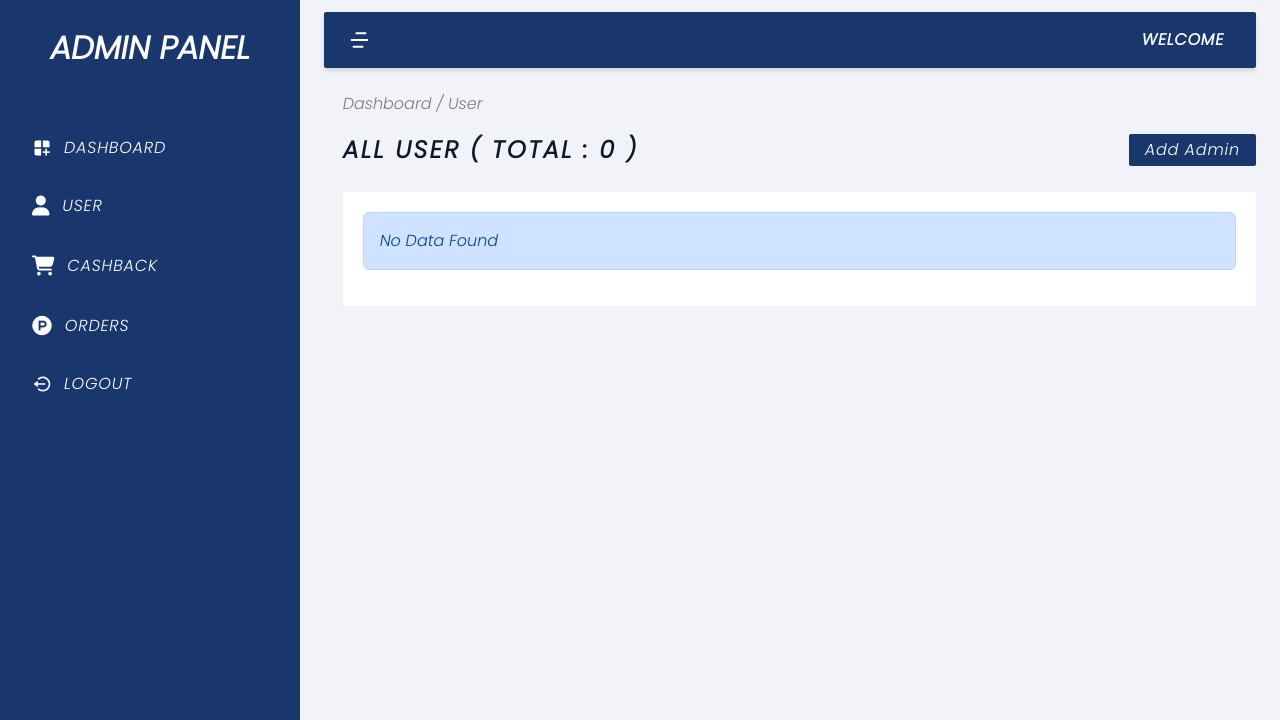
Repository: FlyweisReact/Ankit-Pandey-Admin-Panel
Page: /Admin
The author's editor kept a copy of each file at every save. The page is drawn from the files as they stood at one save, then again after a run of saves.
The browser window is 1280 px wide. The pictures show the whole page.
The page's requests for data from a server got no answer. Some web libraries are served in a nearby version. The project was rebuilt for these pictures with package versions that can differ from the ones it lists, and the page was loaded fresh each time. No one was signed in, and anything a server would have sent is missing. Also part of the build but not shown: src/E-CommerceAdmin/pages/EAdminCustomer.js. Imported but missing from the stored project, and not drawn on this page: src/E-CommerceAdmin/forms/Login, src/E-CommerceAdmin/pages/Dashboard, src/E-CommerceAdmin/pages/EAdminOrders.

Above is the page before, as saved 2023-06-16 15:23:47.

### public/index.html
<!-- @format -->

<!DOCTYPE html>
<html lang="en">
  <head>
    <meta charset="utf-8" />
    <meta name="viewport" content="width=device-width, initial-scale=1" />
    <meta name="theme-color" content="#000000" />
    <meta
      name="description"
      content="Web site created using create-react-app"
    />
    <link rel="icon" href="%PUBLIC_URL%/favicon.png" />
    <link rel="manifest" href="%PUBLIC_URL%/manifest.json" />
    <link rel="preconnect" href="https://fonts.googleapis.com">
<link rel="preconnect" href="https://fonts.gstatic.com" crossorigin>
<link href="https://fonts.googleapis.com/css2?family=Roboto+Mono:ital,wght@1,300&display=swap" rel="stylesheet">
    <title>Logo Fx</title>
  </head>
  <body>
    <noscript>You need to enable JavaScript to run this app.</noscript>
    <div id="root"></div>
    <script src="https://code.jquery.com/jquery-3.6.0.min.js"></script>
    <script src="https://kit.fontawesome.com/b533b351e4.js" crossorigin="anonymous"></script>
  </body>
</html>

### src/E-CommerceAdmin/pages/EAdmin.js
/** @format */

import axios from "axios";
import React, { useEffect, useState } from "react";
import { Alert, Badge, Button, Form, Modal, Table } from "react-bootstrap";
import { toast } from "react-toastify";
import HOC from "../layout/HOC";

const EAdmin = () => {
  const [data, setData] = useState([]);
  const [modalShow, setModalShow] = React.useState(false);

  // Pagination and Filter
  const [query, setQuery] = useState("");
  const [currentPage2, setCurrentPage2] = useState(1);
  const [postPerPage2] = useState(10);
  const lastPostIndex2 = currentPage2 * postPerPage2;
  const firstPostIndex2 = lastPostIndex2 - postPerPage2;

  let pages2 = [];

  const TotolData = query
    ? data?.filter(
        (i) =>
          i?.name?.toLowerCase().includes(query?.toLowerCase()) ||
          i?.email?.toLowerCase().includes(query?.toLowerCase())
      )
    : data;

  useEffect(() => {
    if (query) {
      setCurrentPage2(1);
    }
  }, [query]);

  const slicedData = TotolData?.slice(firstPostIndex2, lastPostIndex2);

  for (let i = 1; i <= Math.ceil(TotolData?.length / postPerPage2); i++) {
    pages2.push(i);
  }

  function Next() {
    setCurrentPage2(currentPage2 + 1);
  }

  function Prev() {
    if (currentPage2 !== 1) {
      setCurrentPage2(currentPage2 - 1);
    }
  }

  const fetchData = async () => {
    try {
      const { data } = await axios.get(
        "http://localhost:3040/api/v1/profile/getAlluser"
      );
      setData(data.result)
    } catch (e) {
      console.log(e);
    }
  };

  useEffect(() => {
    fetchData();
  }, []);

  function MyVerticallyCenteredModal(props) {
    const [name, setName] = useState("");
    const [email, setEmail] = useState("");
    const [password, setPassword] = useState("");
    const [passwordConfirmation, setPasswordConfirmation] = useState("");
    const [phone, setPhone] = useState("");
    const [passwordError, setPasswordError] = useState(false);

    const postHandler = async (e) => {
      e.preventDefault();
      if (password === passwordConfirmation) {
        try {
          const { data } = await axios.post(
            "http://ec2-65-1-248-95.ap-south-1.compute.amazonaws.com:8886/api/auth/register",
            {
              name,
              username: name,
              email,
              password,
              passwordConfirmation,
              phone,
              role: "admin",
            }
          );
          toast.success(`${data?.user?.name} Created `);
          fetchData();
          props.onHide();
        } catch (e) {
          console.log(e);
          toast.error(e.response.data.message);
        }
      } else {
        setPasswordError(true);
      }
    };

    return (
      <Modal
        {...props}
        size="lg"
        aria-labelledby="contained-modal-title-vcenter"
        centered
      >
        <Modal.Header closeButton>
          <Modal.Title id="contained-modal-title-vcenter">
            Add Admin
          </Modal.Title>
        </Modal.Header>
        <Modal.Body>
          {passwordError ? (
            <Alert variant="danger">Passwords do not Match</Alert>
          ) : (
            ""
          )}
          <Form onSubmit={postHandler}>
            <Form.Group className="mb-3">
              <Form.Label>Name</Form.Label>
              <Form.Control
                type="text"
                required
                onChange={(e) => setName(e.target.value)}
              />
            </Form.Group>
            <Form.Group className="mb-3">
              <Form.Label>Email Address</Form.Label>
              <Form.Control
                type="email"
                required
                onChange={(e) => setEmail(e.target.value)}
              />
            </Form.Group>
            <Form.Group className="mb-3">
              <Form.Label>Phone Number</Form.Label>
              <Form.Control
                type="tel"
                pattern="[0-9]{10}"
                required
                onChange={(e) => setPhone(e.target.value)}
              />
            </Form.Group>
            <Form.Group className="mb-3">
              <Form.Label>Password</Form.Label>
              <Form.Control
                type="password"
                required
                onChange={(e) => setPassword(e.target.value)}
                minLength={8}
              />
            </Form.Group>
            <Form.Group className="mb-3">
              <Form.Label>Confirm Password</Form.Label>
              <Form.Control
                type="password"
                required
                onChange={(e) => setPasswordConfirmation(e.target.value)}
                minLength={8}
              />
            </Form.Group>
            <Button variant="outline-success" type="submit">
              Submit
            </Button>
          </Form>
        </Modal.Body>
        <Modal.Footer></Modal.Footer>
      </Modal>
    );
  }

  const deleteHandler = async (id) => {
    try {
      const { data } = await axios.delete(
        `http://ec2-65-1-248-95.ap-south-1.compute.amazonaws.com:8886/api/user/${id}`
      );
      toast.success(data.message);
      fetchData();
    } catch (e) {
      console.log(e);
    }
  };

  return (
    <>
      <MyVerticallyCenteredModal
        show={modalShow}
        onHide={() => setModalShow(false)}
      />

      <p className="headP">Dashboard / User</p>
      <div
        className="pb-4 sticky top-0  w-full flex justify-between items-center"
        style={{ width: "98%", marginLeft: "2%" }}
      >
        <span
          className="tracking-widest text-slate-900 font-semibold uppercase "
          style={{ fontSize: "1.5rem" }}
        >
          All User ( Total : {data?.length} )
        </span>
        <button
          onClick={() => {
            setModalShow(true);
          }}
          className="md:py-2 px-3 md:px-4 py-1 rounded-sm bg-[#19376d] text-white tracking-wider"
        >
          Add Admin
        </button>
      </div>

      <section className="sectionCont">
        {data?.length === 0 || !data ? (
          <Alert> No Data Found</Alert>
        ) : (
          <>
            {/* Filter */}
            <div className="filterBox">
              <img
                src="https://t4.ftcdn.net/jpg/01/41/97/61/360_F_141976137_kQrdYIvfn3e0RT1EWbZOmQciOKLMgCwG.jpg"
                alt=""
              />
              <input
                type="search"
                placeholder="Start typing to search for Customers"
                onChange={(e) => setQuery(e.target.value)}
              />
            </div>

            <div className="overFlowCont">
              <Table>
                <thead>
                  <tr>
                    <th>SNo.</th>
                    <th>Name</th>
                    <th>Email Address</th>
                    <th>Role</th>
                    <th>Phone Number</th>
                    <th>Options</th>
                  </tr>
                </thead>
                <tbody>
                  {slicedData?.map((i, index) => (
                    <tr key={index}>
                      <td>#{index + 1} </td>
                      <td> {i.name} </td>
                      <td> {i.email} </td>
                      <td>
                        <Badge bg="success">{i.role}</Badge>
                      </td>
                      <td> {i.phone} </td>
                      <td>
                        <i
                          className="fa-solid fa-trash"
                          onClick={() => deleteHandler(i._id)}
                        />
                      </td>
                    </tr>
                  ))}
                </tbody>
              </Table>

              {/* Pagination */}
              <div className="pagination">
                <button onClick={() => Prev()} className="prevBtn">
                  <i className="fa-solid fa-backward"></i>
                </button>
                {currentPage2 === 1 ? (
                  ""
                ) : (
                  <button onClick={() => setCurrentPage2(1)}>1</button>
                )}

                {pages2
                  ?.slice(currentPage2 - 1, currentPage2 + 3)
                  .map((i, index) =>
                    i === pages2?.length ? (
                      ""
                    ) : (
                      <button
                        key={index}
                        onClick={() => setCurrentPage2(i)}
                        className={currentPage2 === i ? "activePage" : ""}
                      >
                        {" "}
                        {i}{" "}
                      </button>
                    )
                  )}

                <button
                  onClick={() => setCurrentPage2(pages2?.length)}
                  className={
                    currentPage2 === pages2?.length ? "activePage" : ""
                  }
                >
                  {" "}
                  {pages2?.length}{" "}
                </button>

                {currentPage2 === pages2?.length ? (
                  ""
                ) : (
                  <button onClick={() => Next()} className="nextBtn">
                    {" "}
                    <i className="fa-sharp fa-solid fa-forward"></i>
                  </button>
                )}
              </div>
            </div>
          </>
        )}
      </section>
    </>
  );
};

export default HOC(EAdmin);

### src/Screen/layout/HOC.jsx
/** @format */

import React, { useState } from "react";
import Navbar from "./Navbar";
import Sidebar from "./Sidebar";

const HOC = (Wcomponenet) => {
  return function Component() {
    const [hamb, setHamb] = useState(false);
    return (
      <>
        <section
          className="flex overflow-x-hidden relative "
          style={{ backgroundColor: "#f2f3f8" }}
        >
          {/* Sidebar */}
          <div
            className={
              hamb
                ? " absolute top-0 z-30 md:w-auto shadow-md bg-slate-200  w-60 transition-all md:-left-full left duration-150  h-auto overflow-y-auto  left-0 "
                : " md:w-72 z-30 bg-slate-200  shadow-md  md:static absolute top-0 -left-full   transition-all duration-150  overflow-y-auto h-auto"
            }
            style={{ minWidth: "300px" }}
          >
            <Sidebar hamb={hamb} setHamb={setHamb} />
          </div>
          {/* Components & Navbar */}
          <div
            className={
              hamb
                ? " transition-all px-4 py-2  duration-150 w-full h-screen"
                : " w-full h-screen  px-4 py-2   z-50 transition-all duration-150 "
            }
            style={{ backgroundColor: "#f2f3f8" }}
          >
            <Navbar hamb={hamb} setHamb={setHamb} />
            <div className="my-6 text-#000 h-[87%] wcomp overflow-y-auto">
              {" "}
              <Wcomponenet />
            </div>
          </div>
        </section>
      </>
    );
  };
};

export default HOC;

### src/Screen/layout/Navbar.jsx
/** @format */

import { RiMenu4Line } from "react-icons/ri";

const Navbar = ({ hamb, setHamb }) => {
  const AdminName = localStorage.getItem("AdminName")
  return (
    <>
      <div
        className={
          hamb
            ? "flex  w-full justify-between  my-1 rounded-sm  p-4 py-3 shadow-md items-center  bg-slate-200 space-x-4"
            : "flex  w-full justify-between my-1 rounded-sm  p-4 py-3 shadow-md items-center  bg-slate-200 space-x-4"
        }
        style={{ backgroundColor: "#19376d" }}
      >
        <RiMenu4Line
          onClick={() => setHamb(!hamb)}
          className="text-2xl font-bold text-gray-900 hover:scale-90 cursor-pointer"
          style={{ color: "#fff" }}
        />

        <section className="flex sm:ml-auto justify-end sm:w-full items-center space-x-2  pr-2">
          <figcaption className="tracking-wider pl-1 font-semibold">
            <div
              className="lg:text-base text-sm text-gray-900  uppercase"
              style={{ color: "#fff" }}
            >
              Welcome {AdminName}
            </div>
          </figcaption>
        </section>
      </div>
    </>
  );
};

export default Navbar;

### src/Screen/layout/Sidebar.jsx
/** @format */

import React from "react";
import { RiCloseLine } from "react-icons/ri";
import { Link, useNavigate } from "react-router-dom";
import { BiLogOutCircle } from "react-icons/bi";
import { MdDashboardCustomize } from "react-icons/md";

const Sidebar = ({ hamb, setHamb }) => {
  const navigate = useNavigate();

  const nav = [
    {
      icon: <MdDashboardCustomize className="text-xl mr-3 rounded-full " />,
      link: "/dashboard ",
      name: "Dashboard",
    },
    {
      icon: <i className="fa-solid fa-user text-xl mr-3 rounded-full"></i>,
      link: "/Admin",
      name: "User",
    },
    {
      icon: (
        <i className="fa-solid fa-cart-shopping text-xl mr-3 rounded-full"></i>
      ),
      link: "/Customer",
      name: "Cashback",
    },
    {
      icon: (
        <i className="fa-brands fa-product-hunt text-xl mr-3 rounded-full"></i>
      ),
      link: "/Orders",
      name: "Orders",
    }
  ];

  const logOut = () => {
    localStorage.clear()
    navigate("/");
  };

  return (
    <>
      <aside
        className="p-4 h-auto"
        style={{ backgroundColor: "#19376d", minHeight: "100vh" }}
      >
        {/* Top */}
        <div className="w-full md:hidden relative  p-2 mb-4">
          <RiCloseLine
            onClick={() => setHamb(!hamb)}
            className="text-3xl  absolute top-2 sm:hover:rotate-[228deg] transition-transform font-bold right-2 sm:hover:text-[22px] text-[rgb(241,146,46)] cursor-pointer"
          />
        </div>{" "}
        <figure className="flex  flex-col items-center">
          <span
            className="font-bold text-[#fff]"
            style={{
              fontSize: "2rem",
              textAlign: "center",
              textTransform: "uppercase",
            }}
          >
            {" "}
            ADMIN PANEL
          </span>
        </figure>
        <nav className="py-6">
          {nav.map((nav) => {
            return (
              <Link
                to={nav.link}
                key={nav.name}
                className=""
                style={{ textDecoration: "none", textTransform: "uppercase" }}
              >
                <span
                  className="flex my-3 items-center cursor-pointer text-gray-900    tracking-wider p-2 rounded-sm"
                  style={{ color: "#FFF" }}
                >
                  {nav.icon} {nav.name}
                </span>
              </Link>
            );
          })}
          <span
            className="flex my-3 items-center cursor-pointer text-gray-900    tracking-wider p-2 rounded-sm"
            onClick={() => logOut()}
            style={{ color: "#FFF", textTransform: "uppercase" }}
          >
            <BiLogOutCircle className="text-xl mr-3 rounded-full " /> LogOut
          </span>
        </nav>
      </aside>
    </>
  );
};

export default Sidebar;

Loaded but not shown: tailwind.config.js (common file); src/App.js (29 lines, source omitted); src/index.js (15 lines, source omitted); src/index.css (496 lines, source omitted)

After the next 3 saves:
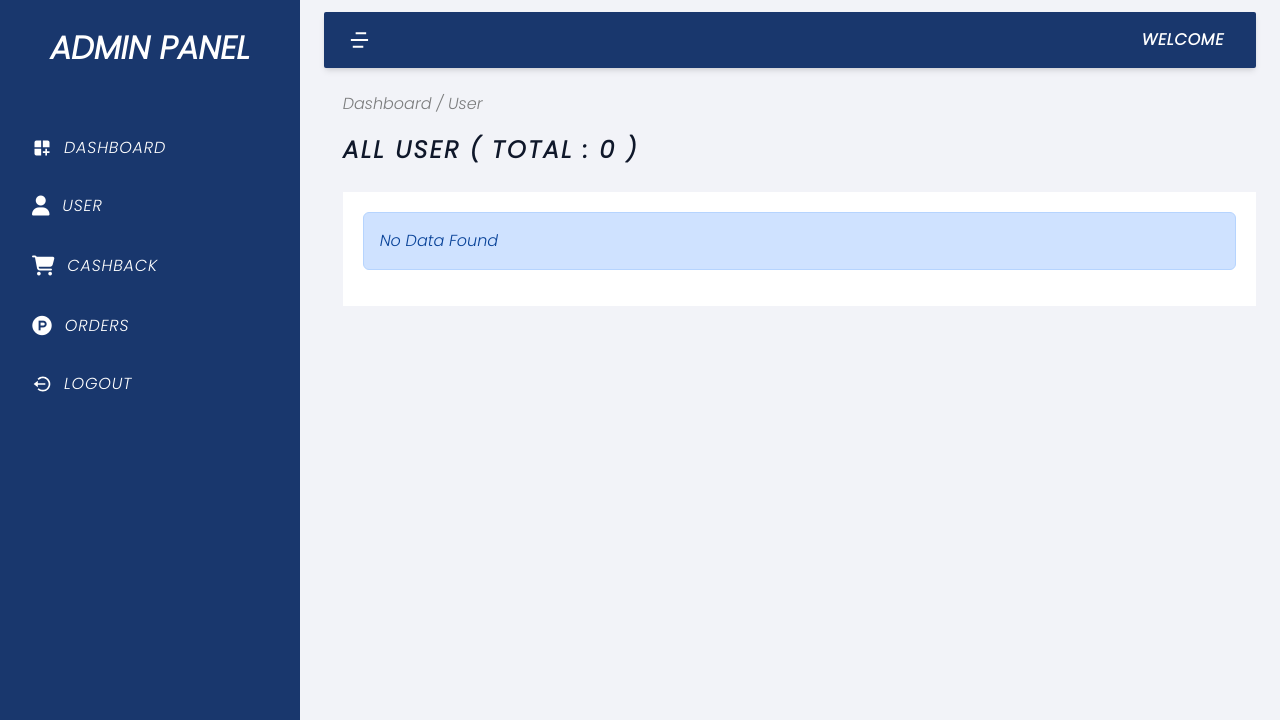
The 3 saves are shown as one change because they came seconds apart.
The last was saved 15 s later.
--- a/src/E-CommerceAdmin/pages/EAdmin.js
+++ b/src/E-CommerceAdmin/pages/EAdmin.js
@@ -202,14 +202,6 @@ const EAdmin = () => {
         >
           All User ( Total : {data?.length} )
         </span>
-        <button
-          onClick={() => {
-            setModalShow(true);
-          }}
-          className="md:py-2 px-3 md:px-4 py-1 rounded-sm bg-[#19376d] text-white tracking-wider"
-        >
-          Add Admin
-        </button>
       </div>
 
       <section className="sectionCont">
